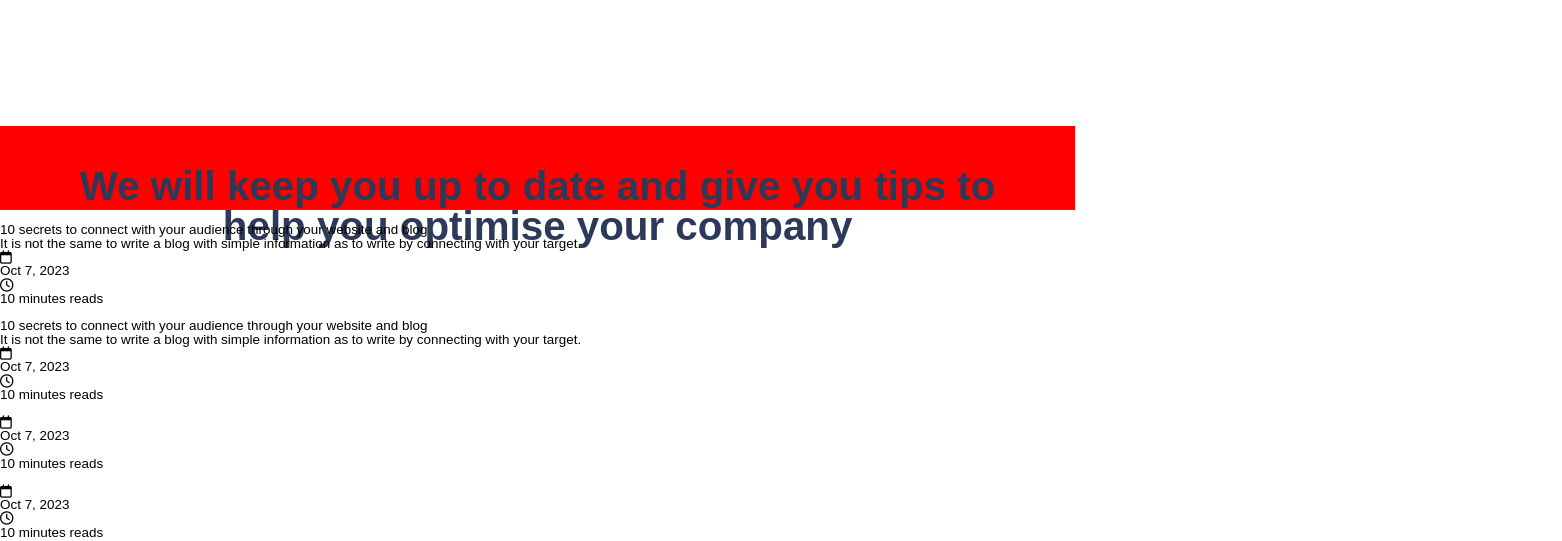
Repository: 0584386177/Clone
Page: src/page/pr.html
An editor plug-in stored every save of this project. The page is shown before and after the next save, followed by the edit.
The browser window is 1280 px wide. The page is 1860 px wide, so the pictures cover 1860 px, including what lies to the right of the window. The pictures show the part of the page from y = 3269 to 3913 px (the page is 3993 px tall before and 4093 px after), at 84% of full size.
The style sheet was rebuilt from its Sass, Less or Tailwind sources for each picture, by a compiler version that may differ from the author's.

Above is the page before, as saved 2023-10-09 11:16:06.

### src/page/pr.html
<!DOCTYPE html>
<html lang="en">
  <head>
    <meta charset="UTF-8" />
    <meta name="viewport" content="width=device-width, initial-scale=1.0" />
    <link rel="stylesheet" href="/src/sass/HOME/pr.css" />
    <link
      rel="stylesheet"
      href="https://cdnjs.cloudflare.com/ajax/libs/font-awesome/6.4.2/css/all.min.css


    "
    />
    <title>Document</title>
  </head>
  <body>
    <div class="container">
      <!-- HEADER -->
      <div class="header">
        <nav>
          <div class="header--top">
            <div class="header--top_logo">
              <img
                class="logo--image"
                src="/assets/images/Frame (1).png"
                alt="logo"
              />
              <h5 class="logo--title">KhanhHoa</h5>
            </div>
            <div class="header--top_menu">
              <ul class="menu--items">
                <li class="menu--item item1 active"><a href="#">HOME</a></li>
                <li class="menu--item item2"><a href="#">SERVICES</a></li>
                <li class="menu--item item3"><a href="#">ABOUT</a></li>
                <li class="menu--item item4"><a href="#">PAGES</a></li>
                <li class="menu--item item5"><a href="#">BLOG</a></li>
                <li class="menu--item item6"><a href="#">CONTACT</a></li>
              </ul>
            </div>
            <div class="header--top_features">
              <img
                class="feature--search"
                src="/assets/images/Search.png"
                alt=""
              />
              <img
                class="feature--cart"
                src="/assets/images/Bag 2.png"
                alt=""
              />
              <a href="#" class="feature--sigin">SIGN IN</a>
            </div>
          </div>
        </nav>

        <div class="header--footer">
          <div class="header--footer_top">
            <h1>Our Work</h1>
          </div>
          <div class="header--footer_bottom">
            <ul>
              <li><a class="active" href="#">HOMEPAGE</a></li>
              /
              <li><a href="#">PROJECT</a></li>
            </ul>
          </div>
        </div>
      </div>
      <!-- HEADER END -->

      <!-- TITLE LARGE -->
      <div class="title-large">
        <h1>Get inspired by our finest work</h1>
      </div>
      <!-- TITLE LARGE END -->

      <!-- PRODUCTS -->
      <div class="products">
        <div class="product">
          <div class="product--item">
            <img
              src="https://cdn.dribbble.com/userupload/8750103/file/original-e5080c417c760827c5fd070fbbef499c.jpg?resize=752x643"
              alt=""
            />
          </div>
          <div class="product--item">
            <img
              src="https://cdn.dribbble.com/userupload/9677994/file/original-0490083fbb1ef8589651aa327eebfebc.jpg?resize=752x422"
              alt=""
            />
          </div>
          <div class="product--item">
            <img
              src="https://cdn.dribbble.com/userupload/9823072/file/original-43c3809b4064a4df853fa398d866f14f.png?resize=752x423"
              alt=""
            />
          </div>
          <div class="product--item">
            <img
              src="https://cdn.dribbble.com/userupload/10322523/file/original-17a0df77b5242c304ea306c70ce058a0.png?resize=752x564"
              alt=""
            />
          </div>
          <div class="product--item">
            <img
              src="https://cdn.dribbble.com/users/11306036/screenshots/19096555/media/0b13087c40159e04e16dd2d1852c8110.png?resize=800x600&vertical=center"
              alt=""
            />
          </div>
          <div class="product--item">
            <img
              src="https://cdn.dribbble.com/userupload/9921458/file/original-44714b23cca189e14593221aa57cba21.png?resize=320x240&vertical=center"
            />
          </div>
        </div>
        <div class="product--load">
          <button class="product--load_btn">LOAD MORE</button>
        </div>
      </div>
      <!-- PRODUCTS END -->

      <!-- RATE -->
      <div class="rate">
        <div class="rate--top">
          <h1 clzass="rate--top_title">What our clients are saying about us</h1>
          <p class="rate--top_desc">
            Customer satisfaction is a primary goal for our company
          </p>
        </div>
        <div class="rate--slide">
          <div class="rate--slide_item">
            <div class="slide--avatar">
              <img
                src="https://cdn.dribbble.com/userupload/8481502/file/original-91cc09ef04761348c0152c299502fcd5.jpg?resize=1024x879"
                alt=""
              />
            </div>
            <div class="slide--author">
              <h4>Khanh Hoa</h4>
            </div>
            <div class="slide--good">
              <span>Amazing</span>
            </div>
            <div class="slide--post">
              <p>
                Overall expericence is awesome !! I'm a visual thinker, and I
                couldn't function without a tool like this
              </p>
            </div>
          </div>
          <div class="rate--slide_item">
            <div class="slide--avatar">
              <img
                src="https://cdn.dribbble.com/userupload/8481502/file/original-91cc09ef04761348c0152c299502fcd5.jpg?resize=1024x879"
                alt=""
              />
            </div>
            <div class="slide--author">
              <h4>Khanh Hoa</h4>
            </div>
            <div class="slide--good">
              <span>Amazing</span>
            </div>
            <div class="slide--post">
              <p>
                Overall expericence is awesome !! I'm a visual thinker, and I
                couldn't function without a tool like this
              </p>
            </div>
          </div>
          <div class="rate--slide_item">
            <div class="slide--avatar">
              <img
                src="https://cdn.dribbble.com/userupload/8481502/file/original-91cc09ef04761348c0152c299502fcd5.jpg?resize=1024x879"
                alt=""
              />
            </div>
            <div class="slide--author">
              <h4>Khanh Hoa</h4>
            </div>
            <div class="slide--good">
              <span>Amazing</span>
            </div>
            <div class="slide--post">
              <p>
                Overall expericence is awesome !! I'm a visual thinker, and I
                couldn't function without a tool like this
              </p>
            </div>
          </div>
          <div class="rate--slide_item">
            <div class="slide--avatar">
              <img
                src="https://cdn.dribbble.com/userupload/8481502/file/original-91cc09ef04761348c0152c299502fcd5.jpg?resize=1024x879"
                alt=""
              />
            </div>
            <div class="slide--author">
              <h4>Khanh Hoa</h4>
            </div>
            <div class="slide--good">
              <span>Amazing</span>
            </div>
            <div class="slide--post">
              <p>
                Overall expericence is awesome !! I'm a visual thinker, and I
                couldn't function without a tool like this
              </p>
            </div>
          </div>
        </div>
        <div class="rate--icon">
          <i class="rate--icon_left fa-solid fa-arrow-left"></i>
          <i class="rate--icon_next fa-solid fa-arrow-right"></i>
        </div>
      </div>
      <!-- RATE END -->

      <!-- RECENT PROJECTS -->
      <div class="recentWrapper">
        <div class="recent">
          <div class="recent--top">
            <h1 class="recent--top_title">RECENT PROJECTS</h1>
            <div class="recent--top_icon">
              <i class="icon--left fa-solid fa-arrow-left"></i>
              <i class="icon_next fa-solid fa-arrow-right active"></i>
            </div>
          </div>
          <div class="recent--project">
            <div class="recent--project_item">
              <img
                class="item--image"
                src="https://images.unsplash.com/photo-1519852476561-ec618b0183ba?ixlib=rb-4.0.3&ixid=M3wxMjA3fDB8MHxwaG90by1wYWdlfHx8fGVufDB8fHx8fA%3D%3D&auto=format&fit=crop&w=1156&q=80"
                alt=""
              />
            </div>
            <div class="recent--project_item">
              <img
                class="item--image"
                src="https://images.unsplash.com/photo-1506355683710-bd071c0a5828?ixlib=rb-4.0.3&ixid=M3wxMjA3fDB8MHxwaG90by1wYWdlfHx8fGVufDB8fHx8fA%3D%3D&auto=format&fit=crop&w=1170&q=80"
                alt=""
              />
            </div>
            <div class="recent--project_item">
              <img
                class="item--image"
                src="https://images.unsplash.com/photo-1536048810607-3dc7f86981cb?ixlib=rb-4.0.3&ixid=M3wxMjA3fDB8MHxwaG90by1wYWdlfHx8fGVufDB8fHx8fA%3D%3D&auto=format&fit=crop&w=1335&q=80"
                alt=""
              />
            </div>
          </div>
        </div>
      </div>
      <div class="post">
        <div class="post--header">
          <br class="post--header_title">
            We will keep you up to date and give you tips to </br> help you optimise
            your company
          </h1>
        </div>
        <div class="post--content">
          <div class="post--content_main">
            <div class="main--item">
              <div class="main--image">
                <img class="main--image_img" src="" alt="" />
              </div>
              <div class="main--item_title">
                10 secrets to connect with your audience through your website
                and blog
              </div>
              <div class="main--item_desc">
                It is not the same to write a blog with simple information as to
                write by connecting with your target.
              </div>
              <div class="main--item_timer">
                <div class="timer--calendar">
                  <div class="timer--calendar_icon">
                    <i class="fa-regular fa-calendar"></i>
                  </div>
                  <div class="timer--calendar_text">Oct 7, 2023</div>
                </div>
                <div class="timer--read">
                  <div class="timer--read_icon">
                    <i class="fa-regular fa-clock"></i>
                  </div>
                  <div class="timer--read_text">10 minutes reads</div>
                </div>
              </div>
            </div>
            <div class="main--item">
              <img class="main--image_img" src="" alt="" />
              <div class="main--item_title">
                10 secrets to connect with your audience through your website
                and blog
              </div>
              <div class="main--item_desc">
                It is not the same to write a blog with simple information as to
                write by connecting with your target.
              </div>
              <div class="main--item_timer">
                <div class="timer--calendar">
                  <div class="timer--calendar_icon">
                    <i class="fa-regular fa-calendar"></i>
                  </div>
                  <div class="timer--calendar_text">Oct 7, 2023</div>
                </div>
                <div class="timer--read">
                  <div class="timer--read_icon">
                    <i class="fa-regular fa-clock"></i>
                  </div>
                  <div class="timer--read_text">10 minutes reads</div>
                </div>
              </div>
            </div>
          </div>
          <div class="post--content_sub">
            <div class="sub--item">
              <div class="sub--item_top">
                <h5 class="top--title"></h5>
                <img class="top-img" src="" alt="" />
              </div>
              <div class="sub--item_footer">
                <div class="footer--calendar">
                  <div class="footer--calendar_icon">
                    <i class="fa-regular fa-calendar"></i>
                  </div>
                  <div class="footer--calendar_text">Oct 7, 2023</div>
                </div>

                <div class="footer--read">
                  <div class="footer--read_icon">
                    <i class="fa-regular fa-clock"></i>
                  </div>
                  <div class="footer--read_text">10 minutes reads</div>
                </div>
              </div>
            </div>
            <div class="sub--item">
              <div class="sub--item_top">
                <h5 class="top--title"></h5>
                <img class="top-img" src="" alt="" />
              </div>
              <div class="sub--item_footer">
                <div class="footer--calendar">
                  <div class="footer--calendar_icon">
                    <i class="fa-regular fa-calendar"></i>
                  </div>
                  <div class="footer--calendar_text">Oct 7, 2023</div>
                </div>

                <div class="footer--read">
                  <div class="footer--read_icon">
                    <i class="fa-regular fa-clock"></i>
                  </div>
                  <div class="footer--read_text">10 minutes reads</div>
                </div>
              </div>
            </div>
            <div class="sub--item">
              <div class="sub--item_top">
                <h5 class="top--title"></h5>
                <img class="top-img" src="" alt="" />
              </div>
              <div class="sub--item_footer">
                <div class="footer--calendar">
                  <div class="footer--calendar_icon">
                    <i class="fa-regular fa-calendar"></i>
                  </div>
                  <div class="footer--calendar_text">Oct 7, 2023</div>
                </div>

                <div class="footer--read">
                  <div class="footer--read_icon">
                    <i class="fa-regular fa-clock"></i>
                  </div>
                  <div class="footer--read_text">10 minutes reads</div>
                </div>
              </div>
            </div>
          </div>
        </div>
        <div></div>
      </div>
    </div>
  </body>
</html>

### src/sass/HOME/pr.scss
@import "reset";
@import "header";
@import "product";
@import "_var";
@import "rate";
@import "recent";
@import "post";

### src/sass/HOME/reset.scss
*,
*:before,
*:after {
  box-sizing: border-box;

}
* {
  margin: 0;
  padding: 0;
  font: inherit;
  font-family: sans-serif;
}
picture,
svg,
video {
  display: block;
  max-width: 100%;
}
input,
select,
textarea {
  background-color: transparent;
  outline: none;
}
button {
  cursor: pointer;
  background-color: transparent;
  outline: none;
  border: 0;
}
body {
  min-height: 100vh;
  font-weight: 400;
  font-size: 16px;
  line-height: 1;
}
.container{
  max-width: 1920px;
  margin: 0 auto;
}

### src/sass/HOME/header.scss
@import "_var";

  .header{
    width: 100%;
    max-width: 100%;
    min-height: 400px;
    background-image: url(/assets/images/bkg.png);
    background-repeat: no-repeat;
    background-size: cover;
    position: relative;

  }
  .header nav{
    height: 50px;
    margin: 0 auto;
    line-height: 50px;
  }

  .header--top{
    display: flex;
    justify-content: space-evenly;
    align-items: center;
    width: 100%;
    padding-top: 13px;
  }

.header--top_logo{
  width: 176px;
  height: 44px;
  display: flex;
  align-items: center;
  gap: 8px;

}

.logo--image{
  width: 32px;
  height: 44px;
  object-fit: cover;
  flex-shrink: 0;
}

.logo--title{
  color: $primary--color;
  font-size: 24px;
  font-weight: 600;
  text-shadow: 0 3px 4px rgba(0,0,0,0.4);
}
.header--top_menu{
  width: 470px;
}
.menu--items{
  display: flex;
  list-style-type: none;
  gap: 30px;
}
.menu--item{

}

.menu--item a{
  text-decoration: none;
  color: $primary--color;
  text-shadow: 0 2px 2px rgba(0,0,0,0.2);
  font-size: 20px;
  font-weight: 600;

}
.menu--item.active{
  border-bottom: 3px solid greenyellow;
}

.header--top_features{
  display: flex;
  justify-content: center;
  align-items: center;
  gap: 25px;
  .feature--cart,.feature--search{
    object-fit: cover;
    flex-shrink: 0;
    width: 24px;
    height: 24px;
    cursor: pointer;
  }
  .feature--sigin{
    color: $secondary--color;
    text-shadow: 0px 2px 3px rgba(0,0,0,0.2);
    cursor: pointer;
    font-size: 600;
    text-decoration: none;
  }
}

.header--footer{
  position: absolute;
  top: 50%;
  left: 50%;
  transform: translate(-50%,-50%);
}

.header--footer_top{
  font-size: 48px;
  color: $primary--color;
  font-weight: 600;
}
.header--footer_bottom{
 text-align: center;
}

.header--footer_bottom ul{
  display: flex;
  justify-content: center;
  align-items: center;
  list-style-type: none;
  gap: 10px;
  margin-top: 30px ;

   li a{
    text-decoration: none;
    font-size: 15px;
    font-weight: 600;
    color: $secondary--color;
  }
  li a.active{
    color: $primary--color;
  }
}

.title-large{
  width: 100%;
  text-align: center;
  margin: 115px 0px 85px 0px;
  font-size: 64px;
  font-weight: 600;
  color: $primary--color;

  h1{
    -webkit-text-stroke: 3x black;

  }
}

### src/sass/HOME/_var.scss
$primary--color: #2D3958;
$secondary--color: #7B88A8;
$third--color : #E7E5EA;

### src/sass/HOME/product.scss
@import "_var";
.products{
    width: 1860px;
    max-width: 100%;
    min-height: 1030px;
    margin: 0 auto;
}


.product{
    width: 100%;
    display: grid;
    grid-template-columns: 1fr 1fr 1fr;
    grid-template-rows: 400px 200px 400px;
    gap: 30px;
}
.product--item{
    width: 100%;
}
.product--item img{
    width: 600px;
    border-radius: 20px;
    object-fit: cover;
    flex-shrink: 0;
    height: 100%;
}
.product--item:nth-child(1){
    grid-column: 1/2;
    grid-row : 1/3;
}
.product--item:nth-child(2){
    grid-column: 2/3;

    grid-row : 1/2;
}
.product--item:nth-child(3){
    grid-column: 3/4;
    grid-row: 1/3;
}
.product--item:nth-child(4){
    grid-row:3/4;
}
.product--item:nth-child(5){
    grid-row:2/4;
}
.product--item:nth-child(6){
    grid-row: 3/4 ;
}
.product--load{
    width: 100%;
    height: 60px;
    line-height: 60px;
    margin-top: 80px;
    margin-bottom: 75px;
    text-align: center;
    color: $secondary--color;
}

.product--load_btn{
    width: 150px;
    background: $third--color;
    color: $secondary--color;
    border-radius: 3px;

}

### src/sass/HOME/rate.scss
@import "_var";

.rate{
  width: 1900px;
  max-width: 100%;
  height: 780px;
  background-color: #F8FAFC;
  position: relative;
}

.rate--top{
    text-align: center;

}
.rate--top_title{
    padding-top: 120px;
    font-size: 48px;
    font-weight: 600;
    margin-bottom: 30px;
    color:$primary--color;
}
.rate--top_desc{
    color: $secondary--color;
    font-size: 23px;
    font-weight: 500;
    margin-bottom: 75px;
}
.rate--slide{
    width: 100%;
    height: 100%;
    display: flex;
    justify-content: center;
    gap: 30px;

}

.rate--slide_item{
    width: 370px;
    height: 350px;
    background-color: #fff;
    border-radius: 20px;
    display: flex;
    flex-direction: column;
    text-align: center;
    gap: 20px;
}

.slide--avatar{
    margin: 0 auto;
    margin-top: 30px;
    img{
        width: 70px;
        height: 70px;
        object-fit: cover;
        flex-shrink: 0;
        border-radius: 100rem;
    }
}

.slide--author{

    h4{
    font-size: 22px;
    font-weight: 600;
    color: $primary--color ;
    }
}

.slide--good{

    span{
        display: inline-block;
        color:$primary--color;
        font-weight: 500;
        font-size: 20px;
    }
}

.slide--post{
    width: 300px;
    margin: 0 auto;
    p{

        font-size: 18px;
        color: $secondary--color;
    }
}

.rate--icon{
    width: 100%;
    display: flex;
    position: absolute;
    justify-content: end;
    top: 12rem;
    right: 22rem;
    gap: 1rem;
    font-size: 3rem;

    *{
        color: $primary--color;
        cursor: pointer;
    }
}

### src/sass/HOME/recent.scss
@import "_var";

.recentWrapper{
    width: 100%;
    height: 700px;
}

.recent{
    width: 1200px;
    height: 500px;
    margin: 0 auto;
    padding-top: 120px;

}
.recent--top{
    display: flex;
    justify-content: space-between;
    align-items: center;
    margin-bottom: 75px;

    .recent--top_title{
        font-size: 48px;
        color: $primary--color;
        font-weight: 600;
    }

    .recent--top_icon{
        display: flex;
        gap: 20px;
        font-size: 30px;
                *{
            padding: 5px 12px;
            border-radius: 20px;
            border: 1px solid $secondary--color;


        }
    }

}

.recent--top_icon *.active{

        background-color: #4F77FF;

}

.recent--project{
    display: flex;
    justify-content: center;
    align-items: center;
    gap: 30px;
}

.recent--project_item{
    width: 370px;
    height: 300px;
}
.recent--project_item .item--image{
    width: 370px;
    height: 300px;
    border-radius: 20px;
}

### src/sass/HOME/post.scss
@import"_var";
.post{
    width: 100%;
    height: 100%;
    background-color: #fff;

}

.post--header{
    width: 100%;
   height: 100px;
    color: $primary--color;
    background-color: red;
    text-align:center;
    font-size: 48px;
    font-weight: 600;
}

After the next save:
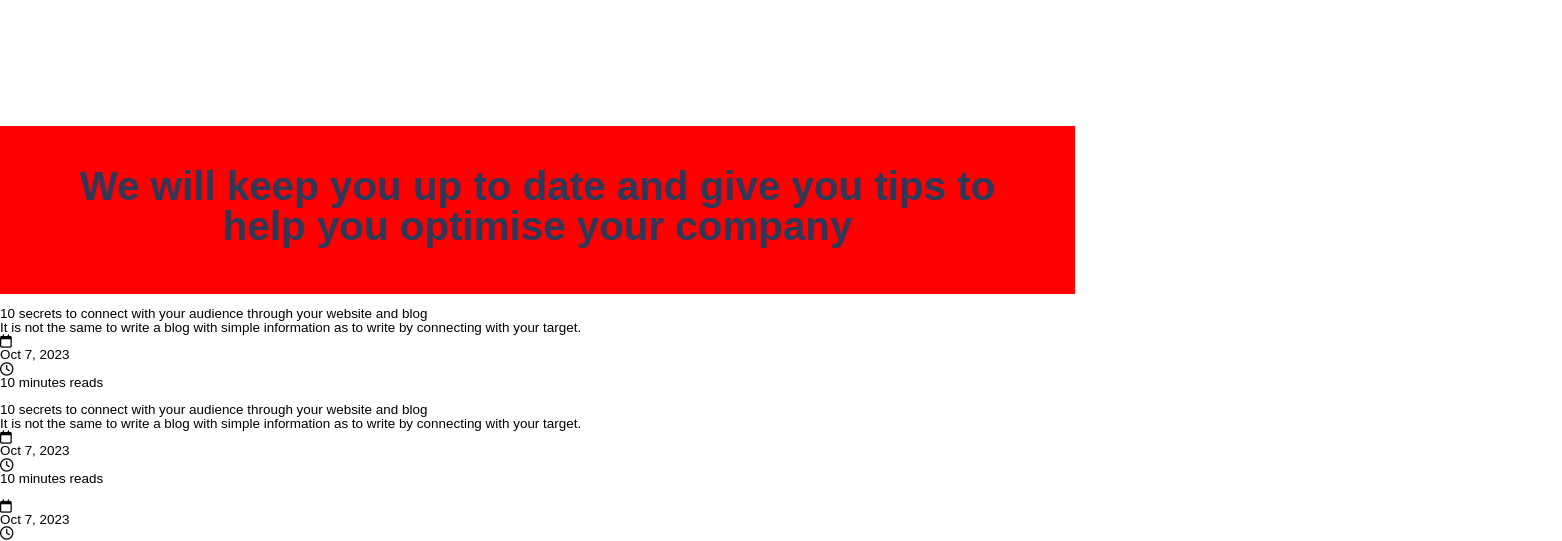
Saved 10 s later.
--- a/src/sass/HOME/post.scss
+++ b/src/sass/HOME/post.scss
@@ -8,7 +8,7 @@
 
 .post--header{
     width: 100%;
-   height: 100px;
+   height: 200px;
     color: $primary--color;
     background-color: red;
     text-align:center;
